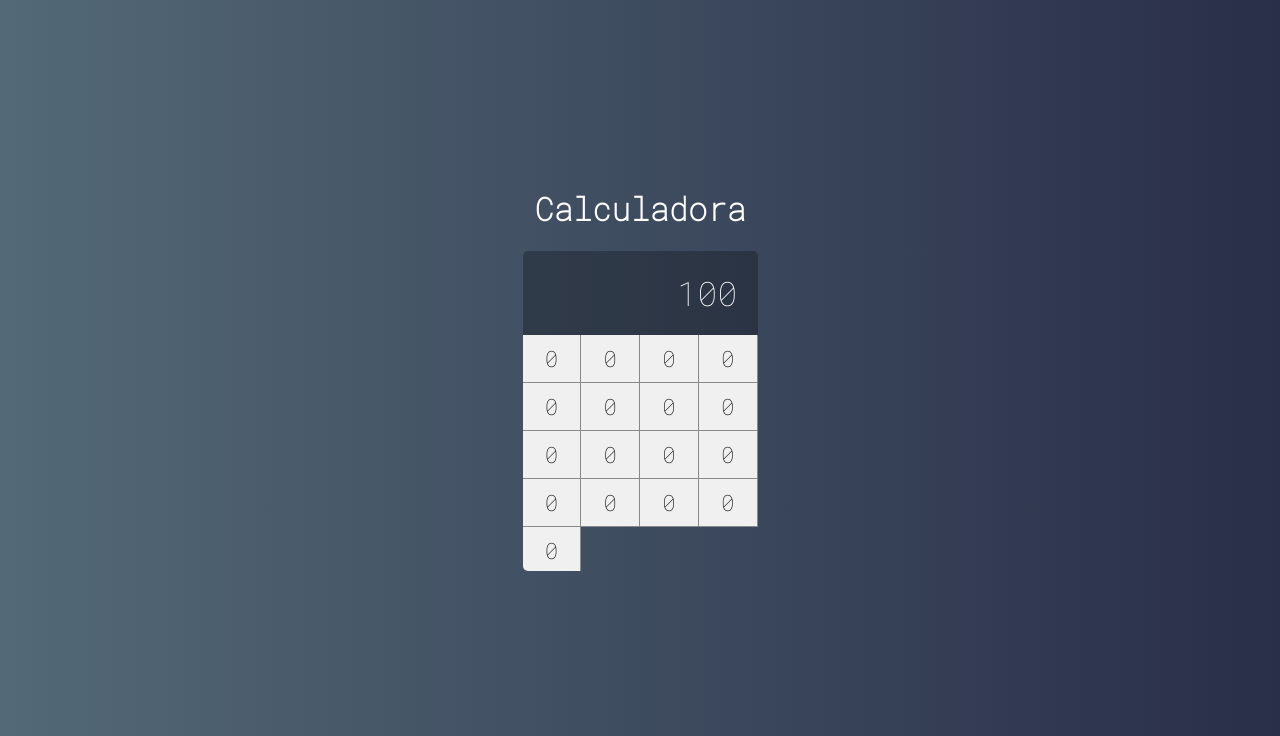
Repository: wellingtondevops/react-Calculator
Page: / (app in calculadora/)
These files come from the project's save history. The page is drawn as it stood at one moment and after the next save; the edit follows.
The browser window is 1280 px wide. The pictures show the whole page.
The project was rebuilt for these pictures with package versions that can differ from the ones it lists, and the page was loaded fresh each time.

Above is the page before, as saved 2020-05-07 14:37:52.

After the next save:
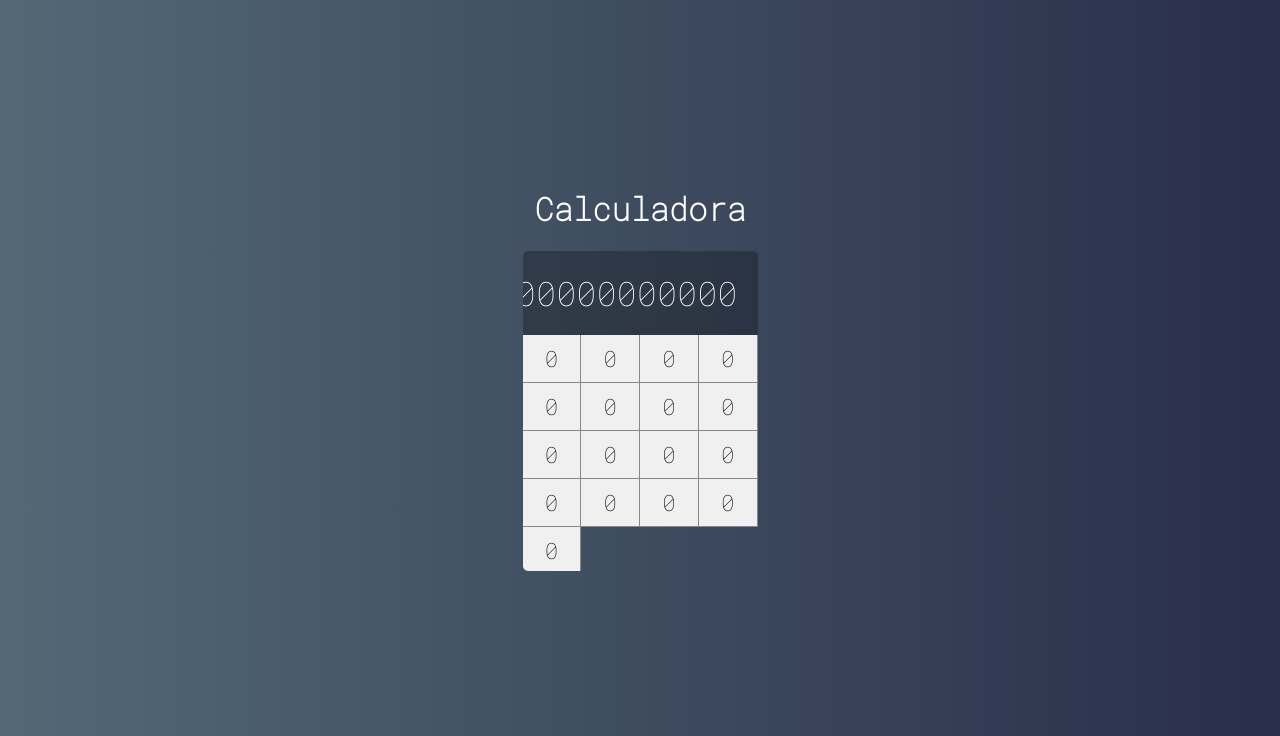
Saved 36 s later.
--- a/calculadora/src/main/Calculator.jsx
+++ b/calculadora/src/main/Calculator.jsx
@@ -7,7 +7,7 @@ export default class Calculator extends Component {
     render() {
         return (
             <div className="calculator">
-                <Display value={100} />
+                <Display value={1000000000000} />
                 <Button label="AC"/>
                 <Button label="/" />
                 <Button label="7" />
